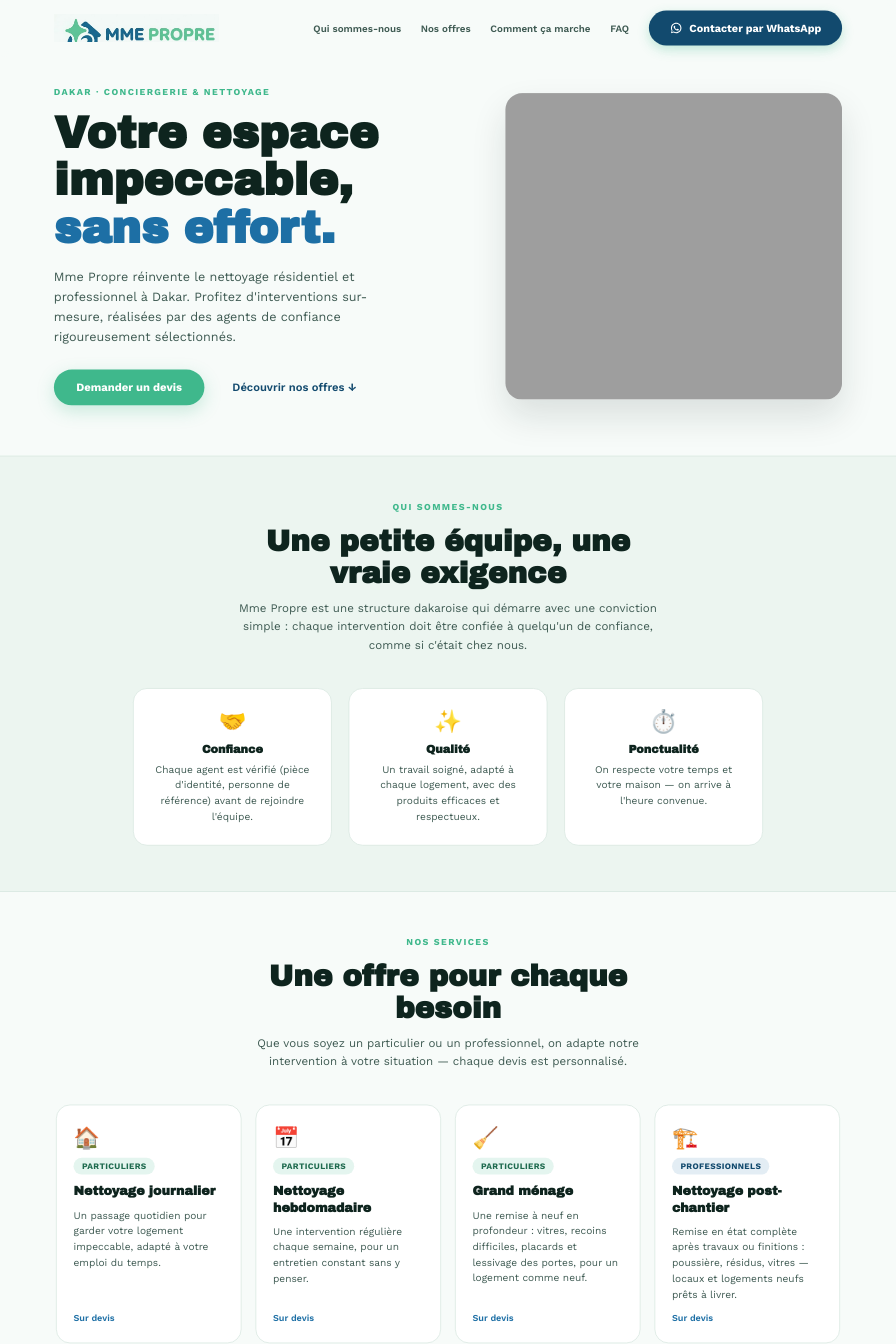
Repository: AntaaaKD/Mme-Propre
Page: index.html
The author's editor kept a copy of each file at every save. The page is drawn from the files as they stood at one save, then again after the next save.
The browser window is 1280 px wide. The pictures show the part of the page from y = 0 to 1920 px (the page is 4395 px tall before and 4385 px after), at 70% of full size.
Pictures or frames that could not be fetched are drawn as grey boxes.

Above is the page before, as saved 2026-07-29 00:50:17.

### index.html
<!DOCTYPE html>
<html lang="fr">
<head>
<meta charset="UTF-8">
<meta name="viewport" content="width=device-width, initial-scale=1.0">
<title>Mme Propre — La propreté de votre demeure, en un clic</title>
<meta name="description" content="Nettoyage résidentiel et professionnel à Dakar : particuliers, bureaux, post-chantier. Agents de confiance, devis gratuit sous 24h.">

<!-- Aperçu de lien (WhatsApp, Facebook, etc.) -->
<meta property="og:type" content="website">
<meta property="og:title" content="Mme Propre — La propreté de votre demeure, en un clic">
<meta property="og:description" content="Nettoyage résidentiel et professionnel à Dakar : particuliers, bureaux, post-chantier. Agents de confiance, devis gratuit sous 24h.">
<meta property="og:image" content="https://images.unsplash.com/photo-1758272421751-963195322eaa?w=1200&auto=format&fit=crop&q=80">
<!-- ⚠️ Remplacer par l'URL réelle une fois le site déployé sur Netlify -->
<meta property="og:url" content="https://mme-propre.netlify.app/">
<meta name="twitter:card" content="summary_large_image">
<link rel="icon" type="image/png" href="data:[embedded picture, 38990 characters]">
<link rel="preconnect" href="https://fonts.googleapis.com">
<link rel="preconnect" href="https://fonts.gstatic.com" crossorigin>
<link href="https://fonts.googleapis.com/css2?family=Archivo+Black&family=Work+Sans:wght@400;500;600;700&display=swap" rel="stylesheet">

<!-- Sécurité : Cloudflare Turnstile -->
<script src="https://challenges.cloudflare.com/turnstile/v0/api.js" async defer></script>

<style>
  :root{
    --surface:#F7FBF9;
    --surface-2:#ECF5F0;
    --ink:#0E241E;
    --ink-soft:#3E5A52;
    --blue:#1D6FA5;
    --blue-deep:#124A6E;
    --mint:#3FB88C;
    --lemon:#F2C230;
    --line:#D6E6DE;
    --display:"Archivo Black", sans-serif;
    --body:"Work Sans", sans-serif;
  }
  *{box-sizing:border-box;}
  body{margin:0;padding:0;background:var(--surface);color:var(--ink);font-family:var(--body);}
  a{color:inherit;}
  section{scroll-margin-top:20px;}

  header{
    display:flex;align-items:center;justify-content:space-between;
    padding:15px 6vw;position:sticky;top:0;background:rgba(247,251,249,0.9);
    backdrop-filter:blur(6px);z-index:20;border-bottom:1px solid transparent;
  }
  .logo{display:flex;align-items:center;}
  .logo img{height:40px;width:auto;display:block;}
  nav{display:flex;align-items:center;gap:28px;}
  nav a.nav-link{font-size:14px;font-weight:600;color:var(--ink-soft);text-decoration:none;}
  .header-cta{
    font-size:14px;font-weight:700;color:#fff;background:var(--blue-deep);
    border-radius:999px;padding:11px 22px;text-decoration:none;
    transition:transform .15s ease;
  }
  .header-cta:hover{transform:translateY(-2px);}
  .header-cta-wa{
  display:inline-flex;align-items:center;gap:8px;background:var(--mint);
  box-shadow:0 6px 16px rgba(63,184,140,0.3);
}
.header-cta-wa:hover{box-shadow:0 10px 22px rgba(63,184,140,0.45);}
  @media (max-width:760px){ nav a.nav-link{display:none;} }

  .hero{position:relative;padding:6vh 6vw 10vh;overflow:hidden;}
  .hero-grid{position:relative;z-index:2;display:grid;grid-template-columns:1.1fr 0.9fr;gap:56px;align-items:center;}
  @media (max-width:860px){.hero-grid{grid-template-columns:1fr;gap:40px;} .hero-image{max-height:320px;}}
  .hero-image{position:relative;border-radius:24px;overflow:hidden;box-shadow:0 24px 50px rgba(14,36,30,0.12);aspect-ratio:1.1;}
  .hero-image img{width:100%;height:100%;object-fit:cover;display:block;}
  .eyebrow{font-size:13px;font-weight:700;letter-spacing:2px;text-transform:uppercase;color:var(--mint);margin-bottom:18px;}
  h1{font-family:var(--display);font-size:clamp(36px,5.5vw,64px);line-height:1.05;margin:0 0 22px;max-width:15ch;}
  h1 .accent{color:var(--blue);}
  .hero p.lead{font-size:18px;color:var(--ink-soft);max-width:46ch;line-height:1.6;margin:0 0 32px;}
  .hero-ctas{display:flex;gap:16px;align-items:center;flex-wrap:wrap;}
  .btn-primary{
    background:var(--mint);color:#fff;font-weight:700;padding:16px 32px;
    border-radius:999px;box-shadow:0 8px 24px rgba(63,184,140,0.25);text-decoration:none;
    transition:transform .2s ease, box-shadow .2s ease;
  }
  .btn-primary:hover{transform:translateY(-2px);box-shadow:0 12px 28px rgba(63,184,140,0.4);}
  .btn-secondary{font-weight:600;color:var(--blue-deep);padding:16px 24px;text-decoration:none;}

  .section{padding:9vh 6vw;}
  .section.alt{background:var(--surface-2);border-top:1px solid var(--line);border-bottom:1px solid var(--line);}
  .section-head{max-width:640px;margin:0 auto 48px;text-align:center;}
  .section-head .eyebrow{justify-content:center;display:flex;}
  .section-head h2{font-family:var(--display);font-size:clamp(28px,3.6vw,42px);margin:0 0 14px;}
  .section-head p{color:var(--ink-soft);font-size:16.5px;line-height:1.6;margin:0;}

    /* ---------- Qui sommes-nous / Valeurs ---------- */
  .values-grid{max-width:900px;margin:0 auto;display:grid;grid-template-columns:repeat(3,1fr);gap:24px;}
  @media (max-width:760px){.values-grid{grid-template-columns:1fr;}}
  .value-card{
    background:#fff;border:1.5px solid var(--line);border-radius:20px;padding:28px 24px;
    text-align:center;transition:transform .18s ease, box-shadow .18s ease;
  }
  .value-card:hover{transform:translateY(-4px);box-shadow:0 16px 32px rgba(14,36,30,0.08);}
  .value-icon{font-size:32px;display:block;margin-bottom:12px;}
  .value-card h4{font-family:var(--display);font-size:16px;margin:0 0 10px;}
  .value-card p{color:var(--ink-soft);font-size:14.5px;line-height:1.55;margin:0;}


  .offers{max-width:1120px;margin:0 auto;display:grid;grid-template-columns:repeat(4,1fr);gap:20px;}
  @media (max-width:980px){.offers{grid-template-columns:repeat(2,1fr);}}
  @media (max-width:560px){.offers{grid-template-columns:1fr;}}
  .offer-card{
    background:#fff;border:1.5px solid var(--line);border-radius:20px;padding:28px 24px;
    display:flex;flex-direction:column;gap:12px;transition:transform .18s ease, box-shadow .18s ease;
  }
  .offer-card:hover{transform:translateY(-4px);box-shadow:0 16px 32px rgba(14,36,30,0.08);}
  .offer-card .emoji{font-size:30px;}
  .offer-card h3{font-family:var(--display);font-size:18px;margin:0;line-height:1.3;}
  .offer-card p{color:var(--ink-soft);font-size:14.5px;line-height:1.55;margin:0;flex:1;}
  .offer-tag{
    align-self:flex-start;font-size:12px;font-weight:700;letter-spacing:0.5px;text-transform:uppercase;
    padding:5px 12px;border-radius:999px;
  }
  .tag-domicile{background:rgba(63,184,140,0.14);color:#1f6b4f;}
  .tag-pro{background:rgba(29,111,165,0.12);color:var(--blue-deep);}
  .offer-quote{font-size:13px;font-weight:600;color:var(--blue);margin-top:2px;}

  .steps{max-width:900px;margin:0 auto;display:grid;grid-template-columns:repeat(3,1fr);gap:28px;}
  @media (max-width:760px){.steps{grid-template-columns:1fr;}}
  .step{text-align:center;}
  .step-num{
    width:44px;height:44px;border-radius:50%;background:var(--blue-deep);color:#fff;
    display:flex;align-items:center;justify-content:center;font-family:var(--display);font-size:17px;
    margin:0 auto 16px;
  }
  .step h4{font-family:var(--display);font-size:17px;margin:0 0 8px;}
  .step p{color:var(--ink-soft);font-size:14.5px;line-height:1.55;margin:0;}

  .form-wrap{max-width:760px;margin:0 auto;background:#fff;border:1.5px solid var(--line);border-radius:24px;padding:44px 40px;}
  @media (max-width:600px){.form-wrap{padding:32px 22px;}}
  .grid{display:grid;grid-template-columns:1fr 1fr;gap:16px;}
  @media (max-width:680px){.grid{grid-template-columns:1fr;}}
  .field{display:flex;flex-direction:column;gap:6px;}
  .field.full{grid-column:1/-1;}
  label{font-size:13px;font-weight:600;color:var(--ink-soft);}
  input,select,textarea{
    font-family:var(--body);font-size:15px;border:1.5px solid var(--line);border-radius:12px;
    padding:13px 15px;background:#fff;color:var(--ink);outline:none;transition:border-color .18s ease;
  }
  input:focus,select:focus,textarea:focus{border-color:var(--blue);}
  textarea{resize:vertical;min-height:90px;}

  .security-row { margin-top: 10px; display: flex; justify-content: center; width: 100%; }

  .submit-row{margin-top:20px;display:flex;align-items:center;gap:16px;flex-wrap:wrap;}
  .btn-whatsapp{
    display:inline-flex;align-items:center;gap:10px;background:var(--mint);color:#fff;border:none;
    border-radius:999px;padding:15px 26px;font-family:var(--body);font-weight:700;font-size:15px;cursor:pointer;
    transition:transform .15s ease, box-shadow .15s ease;
  }
  .btn-whatsapp:hover{transform:translateY(-2px);box-shadow:0 8px 22px rgba(63,184,140,0.35);}
  .btn-whatsapp:disabled{opacity:0.6;cursor:not-allowed;transform:none;}
  .btn-whatsapp-outline{
    display:inline-flex;align-items:center;gap:10px;background:#fff;color:var(--ink);border:1.5px solid var(--line);
    border-radius:999px;padding:14px 24px;font-family:var(--body);font-weight:700;font-size:14.5px;cursor:pointer;
    transition:transform .15s ease, border-color .15s ease;
  }
  .btn-whatsapp-outline:hover{transform:translateY(-2px);border-color:var(--mint);}
  .hint{font-size:13px;color:var(--ink-soft);}
  .privacy-note{font-size:12.5px;color:var(--ink-soft);margin-top:10px;line-height:1.5;}
  .hp-field{position:absolute;left:-9999px;top:-9999px;height:0;width:0;overflow:hidden;}

  .direct{padding:8vh 6vw;text-align:center;}

  /* ---------- FAQ ---------- */
  .faq-list{max-width:760px;margin:0 auto;display:flex;flex-direction:column;gap:14px;}
  .faq-item{
    background:#fff;border:1.5px solid var(--line);border-radius:16px;
    padding:6px 22px;transition:border-color .18s ease;
  }
  .faq-item[open]{border-color:var(--mint);}
  .faq-item summary{
    padding:16px 0;font-family:var(--display);font-size:15.5px;cursor:pointer;
    list-style:none;display:flex;align-items:center;justify-content:space-between;gap:16px;color:var(--ink);
  }
  .faq-item summary::-webkit-details-marker{display:none;}
  .faq-item summary::after{
    content:"+";font-family:var(--body);font-size:22px;font-weight:400;color:var(--mint);flex-shrink:0;
    transition:transform .2s ease;
  }
  .faq-item[open] summary::after{transform:rotate(45deg);}
  .faq-item p{color:var(--ink-soft);font-size:14.5px;line-height:1.6;margin:0 0 18px;}
  .direct h3{font-family:var(--display);font-size:clamp(22px,3vw,30px);margin:0 0 12px;}
  .direct p{color:var(--ink-soft);margin:0 0 26px;font-size:16px;}
  .btn-direct{
    display:inline-flex;align-items:center;gap:10px;
    background:var(--blue-deep);color:#fff;border:none;border-radius:999px;
    padding:16px 30px;font-family:var(--body);font-weight:700;font-size:15.5px;text-decoration:none;
    transition:transform .15s ease;
  }
  .btn-direct:hover{transform:translateY(-2px);}

  footer{padding:26px 6vw;border-top:1px solid var(--line);font-size:13px;color:var(--ink-soft);display:flex;justify-content:space-between;flex-wrap:wrap;gap:10px;}
</style>
</head>
<body>

<header>
  <div class="logo"><img src="data:[embedded picture, 79982 characters]" alt="Mme Propre"></div>
    <nav>
    <a class="nav-link" href="#apropos">Qui sommes-nous</a>
    <a class="nav-link" href="#offres">Nos offres</a>
    <a class="nav-link" href="#comment">Comment ça marche</a>
    <a class="nav-link" href="#faq">FAQ</a>
    <a class=" btn-direct header-cta header-cta-wa" id="header-wa-btn" href="#" target="_blank" rel="noopener">
  <svg viewBox="0 0 24 24" width="18" height="18" fill="currentColor" aria-hidden="true">
    <path d="M12 2C6.48 2 2 6.48 2 12c0 1.85.5 3.58 1.38 5.07L2 22l5.11-1.34A9.94 9.94 0 0 0 12 22c5.52 0 10-4.48 10-10S17.52 2 12 2zm0 18c-1.63 0-3.16-.44-4.48-1.21l-.32-.19-3.03.79.81-2.95-.21-.31A7.94 7.94 0 0 1 4 12c0-4.41 3.59-8 8-8s8 3.59 8 8-3.59 8-8 8zm4.36-5.86c-.24-.12-1.42-.7-1.64-.78-.22-.08-.38-.12-.54.12-.16.24-.62.78-.76.94-.14.16-.28.18-.52.06-.24-.12-1.01-.37-1.92-1.19-.71-.63-1.19-1.41-1.33-1.65-.14-.24-.01-.37.11-.49.11-.11.24-.28.36-.42.12-.14.16-.24.24-.4.08-.16.04-.3-.02-.42-.06-.12-.54-1.3-.74-1.78-.19-.46-.39-.4-.54-.4-.14 0-.3-.02-.46-.02s-.42.06-.64.3c-.22.24-.84.82-.84 2s.86 2.32.98 2.48c.12.16 1.7 2.6 4.12 3.64.58.25 1.03.4 1.38.51.58.18 1.11.16 1.53.1.47-.07 1.42-.58 1.62-1.14.2-.56.2-1.04.14-1.14-.06-.1-.22-.16-.46-.28z"/>
  </svg>
  <span>Contacter par WhatsApp</span>
</a>
  </nav>
</header>

<section class="hero">
  <div class="hero-grid">
    <div>
      <div class="eyebrow">Dakar · Conciergerie & Nettoyage</div>
      <h1>Votre espace impeccable, <span class="accent">sans effort.</span></h1>
      <p class="lead">Mme Propre réinvente le nettoyage résidentiel et professionnel à Dakar. Profitez d'interventions sur-mesure, réalisées par des agents de confiance rigoureusement sélectionnés.</p>
      <div class="hero-ctas">
        <a href="#devis" class="btn-primary">Demander un devis</a>
        <a href="#offres" class="btn-secondary">Découvrir nos offres ↓</a>
      </div>
    </div>
    <div class="hero-image">
      <img src="https://african.land/oc-content/plugins/blog/img/blog/328.jpg" alt="Nettoyage professionnel de maison à Dakar">

    </div>
  </div>
</section>



<!-- ============ NOUVELLE SECTION : QUI SOMMES-NOUS ============ -->
<section class="section alt" id="apropos">
  <div class="section-head">
    <div class="eyebrow">Qui sommes-nous</div>
    <h2>Une petite équipe, une vraie exigence</h2>
    <p>Mme Propre est une structure dakaroise qui démarre avec une conviction simple : chaque intervention doit être confiée à quelqu'un de confiance, comme si c'était chez nous.</p>
  </div>
  <div class="values-grid">
    <div class="value-card">
      <span class="value-icon">🤝</span>
      <h4>Confiance</h4>
      <p>Chaque agent est vérifié (pièce d'identité, personne de référence) avant de rejoindre l'équipe.</p>
    </div>
    <div class="value-card">
      <span class="value-icon">✨</span>
      <h4>Qualité</h4>
      <p>Un travail soigné, adapté à chaque logement, avec des produits efficaces et respectueux.</p>
    </div>
    <div class="value-card">
      <span class="value-icon">⏱️</span>
      <h4>Ponctualité</h4>
      <p>On respecte votre temps et votre maison — on arrive à l'heure convenue.</p>
    </div>
  </div>
</section>
<!-- ============ FIN NOUVELLE SECTION ============ -->

<section class="section" id="offres">
  <div class="section-head">
    <div class="eyebrow">Nos services</div>
    <h2>Une offre pour chaque besoin</h2>
    <p>Que vous soyez un particulier ou un professionnel, on adapte notre intervention à votre situation — chaque devis est personnalisé.</p>
  </div>
  <div class="offers">
    <div class="offer-card">
      <span class="emoji">🏠</span>
      <span class="offer-tag tag-domicile">Particuliers</span>
      <h3>Nettoyage journalier</h3>
      <p>Un passage quotidien pour garder votre logement impeccable, adapté à votre emploi du temps.</p>
      <span class="offer-quote">Sur devis</span>
    </div>
    <div class="offer-card">
      <span class="emoji">📅</span>
      <span class="offer-tag tag-domicile">Particuliers</span>
      <h3>Nettoyage hebdomadaire</h3>
      <p>Une intervention régulière chaque semaine, pour un entretien constant sans y penser.</p>
      <span class="offer-quote">Sur devis</span>
    </div>
    <div class="offer-card">
      <span class="emoji">🧹</span>
      <span class="offer-tag tag-domicile">Particuliers</span>
      <h3>Grand ménage</h3>
      <p>Une remise à neuf en profondeur : vitres, recoins difficiles, placards et lessivage des portes, pour un logement comme neuf.</p>
      <span class="offer-quote">Sur devis</span>
    </div>
    <div class="offer-card">
      <span class="emoji">🏗️</span>
      <span class="offer-tag tag-pro">Professionnels</span>
      <h3>Nettoyage post-chantier</h3>
      <p>Remise en état complète après travaux ou finitions : poussière, résidus, vitres — locaux et logements neufs prêts à livrer.</p>
      <span class="offer-quote">Sur devis</span>
    </div>
  </div>
</section>

<section class="section alt" id="comment">
  <div class="section-head">
    <div class="eyebrow">Simple et rapide</div>
    <h2>Comment ça marche</h2>
  </div>
  <div class="steps">
    <div class="step">
      <div class="step-num">1</div>
      <h4>Vous nous contactez</h4>
      <p>Décrivez votre besoin via le formulaire ou directement sur WhatsApp : type de bien, surface, fréquence souhaitée.</p>
    </div>
    <div class="step">
      <div class="step-num">2</div>
      <h4>On évalue ensemble</h4>
      <p>Selon la situation, on échange par téléphone et on organise une visite pour établir un devis précis et adapté.</p>
    </div>
    <div class="step">
      <div class="step-num">3</div>
      <h4>Intervention programmée</h4>
      <p>Une fois le devis validé, on planifie l'intervention à la date qui vous convient le mieux.</p>
    </div>
  </div>
</section>

<section class="section" id="faq">
  <div class="section-head">
    <div class="eyebrow">Questions fréquentes</div>
    <h2>Ce que vous vous demandez peut-être</h2>
  </div>
  <div class="faq-list">
    <details class="faq-item">
      <summary>Comment sélectionnez-vous vos agents de nettoyage ?</summary>
      <p>Chaque candidat passe par une vérification d'identité (pièce d'identité) et fournit une personne de référence avant de rejoindre l'équipe. On reste une petite structure qui démarre, donc chaque profil est validé personnellement plutôt que via un processus automatisé.</p>
    </details>
    <details class="faq-item">
      <summary>Dois-je être présent(e) pendant l'intervention ?</summary>
      <p>Ce n'est pas obligatoire, mais c'est recommandé pour la toute première intervention afin de valider ensemble vos attentes et l'accès au logement. Pour les interventions suivantes, on s'organise selon ce qui vous convient le mieux.</p>
    </details>
    <details class="faq-item">
      <summary>Comment se passe le paiement ?</summary>
      <p>Les modalités (montant, moyen de paiement, fréquence) sont fixées ensemble au moment du devis, avant toute intervention — vous savez exactement à quoi vous attendre dès le départ.</p>
    </details>
    <details class="faq-item">
      <summary>Que se passe-t-il si je ne suis pas satisfait(e) ?</summary>
      <p>Contactez-nous directement — on préfère de loin ajuster le service avec vous plutôt que de laisser un problème sans réponse.</p>
    </details>
    <details class="faq-item">
      <summary>Travaillez-vous aussi avec les professionnels de l'immobilier et du bâtiment ?</summary>
      <p>Oui — nettoyage post-chantier, remise en état de logements neufs ou de locaux avant livraison. Contactez-nous pour discuter de vos besoins, ponctuels ou récurrents.</p>
    </details>
  </div>
</section>

<section class="section" id="devis">
  <div class="section-head">
    <div class="eyebrow">Demande de devis</div>
    <h2>Parlez-nous de votre projet</h2>
    <p>Particulier ou professionnel, remplissez ce formulaire — on revient vers vous rapidement avec une proposition adaptée.</p>
  </div>

  <div class="form-wrap">
    <div class="grid">
      <div class="field"><label for="d-nom">Nom complet</label><input id="d-nom" type="text" required maxlength="80" autocomplete="name" placeholder="Ex : Awa Diagne"></div>
      <div class="field"><label for="d-tel">Numéro de téléphone</label><input id="d-tel" type="tel" required maxlength="25" autocomplete="tel" inputmode="tel" pattern="^[0-9+ ]{7,25}$" placeholder="77 000 00 00"></div>
      <div class="field">
        <label for="d-type">Vous êtes</label>
        <select id="d-type">
          <option value="Particulier — Domicile">Particulier — nettoyage domicile</option>
          <option value="Pro — Post-chantier">Professionnel — nettoyage post-chantier</option>
          <option value="Pro — Bureaux/Locaux">Professionnel — bureaux / locaux</option>
          <option value="Autre">Autre</option>
        </select>
      </div>
      <div class="field"><label for="d-zone">Quartier / zone</label><input id="d-zone" type="text" placeholder="Ex : Sacré-Cœur, Dakar" maxlength="100"></div>
      <div class="field full"><label for="d-surface">Surface ou taille approximative (si connue)</label><input id="d-surface" type="text" placeholder="Ex : Appartement 3 pièces, ou 200 m²" maxlength="100"></div>
      <div class="field full">
        <label for="d-msg">Décrivez votre besoin</label>
        <textarea id="d-msg" maxlength="1000" placeholder="Ex : Nettoyage de fin de chantier pour un immeuble de 4 appartements..."></textarea>
      </div>

      <!-- Champ piège anti-bot : invisible pour un humain, souvent rempli par les robots -->
      <div class="field full hp-field" aria-hidden="true">
        <label for="d-site">Laisser ce champ vide</label>
        <input id="d-site" type="text" tabindex="-1" autocomplete="off">
      </div>

      <div class="field full security-row">
        <div class="cf-turnstile" data-sitekey="0x4AAAAAAD6Cu6YosposxSZD"></div>
      </div>
    </div>

    <div class="submit-row">
      <button class="btn-whatsapp" id="submit-btn">Envoyer ma demande</button>
      <button class="btn-whatsapp-outline" id="wa-direct-btn">Ou nous écrire sur WhatsApp</button>
    </div>
    <div class="hint" id="submit-status" style="margin-top:14px;">On vous répond généralement sous 24h.</div>
    <p class="privacy-note">En envoyant ce formulaire, vous acceptez que Mme Propre conserve ces informations pour vous recontacter au sujet de votre demande. Elles ne sont ni revendues, ni partagées avec des tiers.</p>
  </div>
</section>

<section class="direct">
  <h3>Une question avant de remplir le formulaire ?</h3>
  <p>Écrivez-nous directement, on répond vite.</p>
  <a class="btn-direct" id="direct-wa" href="#" target="_blank" rel="noopener">Contacter Mme Propre sur WhatsApp</a>
</section>

<footer>
  <span>Mme Propre — Dakar, Sénégal</span>
  <a class="footer-phone" href="tel:+221775730664">
    <svg viewBox="0 0 24 24" width="16" height="16" fill="currentColor" aria-hidden="true">
      <path d="M6.62 10.79a15.05 15.05 0 0 0 6.59 6.59l2.2-2.2a1 1 0 0 1 1.02-.24 11.36 11.36 0 0 0 3.57.57 1 1 0 0 1 1 1V20a1 1 0 0 1-1 1A17 17 0 0 1 3 4a1 1 0 0 1 1-1h3.5a1 1 0 0 1 1 1 11.36 11.36 0 0 0 .57 3.57 1 1 0 0 1-.25 1.02l-2.2 2.2z"/>
    </svg>
    <span>+221 77 573 06 64</span>
  </a>
  <span>Nettoyage résidentiel & professionnel</span>
</footer>
<script src="script.js"></script>

</body>
</html>

Loaded but not shown: script.js (105 lines, source omitted)

After the next save:
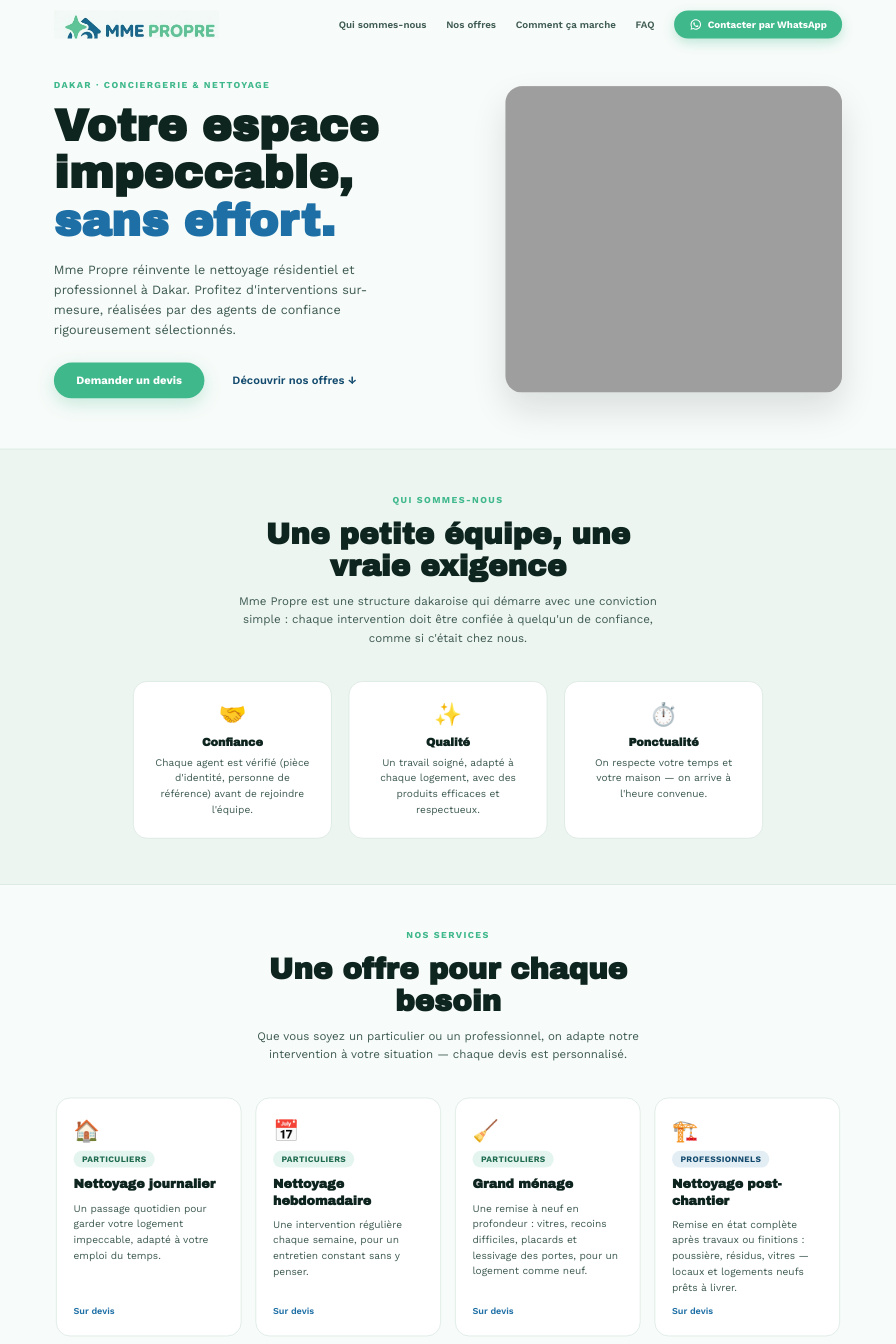
Saved 11 s later.
--- a/index.html
+++ b/index.html
@@ -207,7 +207,7 @@
     <a class="nav-link" href="#offres">Nos offres</a>
     <a class="nav-link" href="#comment">Comment ça marche</a>
     <a class="nav-link" href="#faq">FAQ</a>
-    <a class=" btn-direct header-cta header-cta-wa" id="header-wa-btn" href="#" target="_blank" rel="noopener">
+    <a class=" header-cta header-cta-wa" id="header-wa-btn" href="#" target="_blank" rel="noopener">
   <svg viewBox="0 0 24 24" width="18" height="18" fill="currentColor" aria-hidden="true">
     <path d="M12 2C6.48 2 2 6.48 2 12c0 1.85.5 3.58 1.38 5.07L2 22l5.11-1.34A9.94 9.94 0 0 0 12 22c5.52 0 10-4.48 10-10S17.52 2 12 2zm0 18c-1.63 0-3.16-.44-4.48-1.21l-.32-.19-3.03.79.81-2.95-.21-.31A7.94 7.94 0 0 1 4 12c0-4.41 3.59-8 8-8s8 3.59 8 8-3.59 8-8 8zm4.36-5.86c-.24-.12-1.42-.7-1.64-.78-.22-.08-.38-.12-.54.12-.16.24-.62.78-.76.94-.14.16-.28.18-.52.06-.24-.12-1.01-.37-1.92-1.19-.71-.63-1.19-1.41-1.33-1.65-.14-.24-.01-.37.11-.49.11-.11.24-.28.36-.42.12-.14.16-.24.24-.4.08-.16.04-.3-.02-.42-.06-.12-.54-1.3-.74-1.78-.19-.46-.39-.4-.54-.4-.14 0-.3-.02-.46-.02s-.42.06-.64.3c-.22.24-.84.82-.84 2s.86 2.32.98 2.48c.12.16 1.7 2.6 4.12 3.64.58.25 1.03.4 1.38.51.58.18 1.11.16 1.53.1.47-.07 1.42-.58 1.62-1.14.2-.56.2-1.04.14-1.14-.06-.1-.22-.16-.46-.28z"/>
   </svg>
